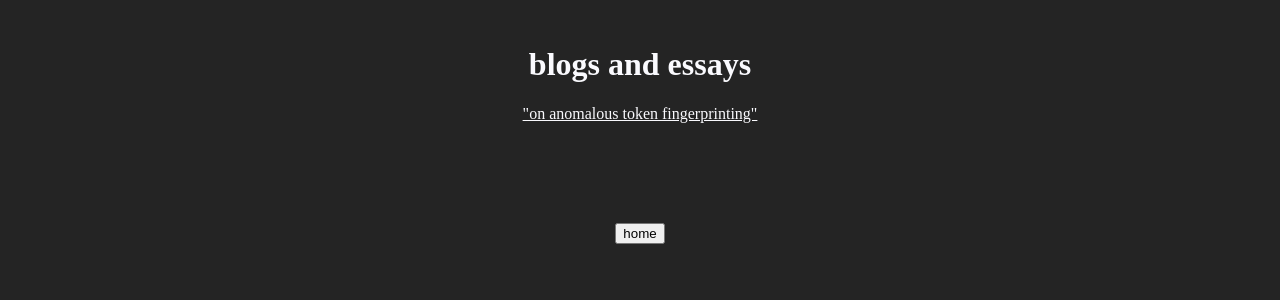
Repository: yellowspots/geneweb
Page: blogsandessays.html
An editor plug-in stored every save of this project. The page is shown before and after the next save, followed by the edit.
The browser window is 1280 px wide. The pictures show the whole page.

Above is the page before, as saved 2024-05-02 23:57:56.

After the next save:
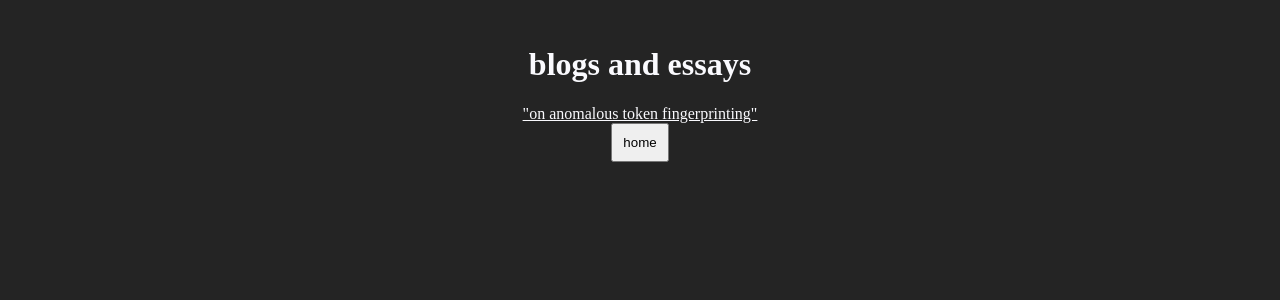
Saved 3 min 9 s later.
--- a/styles.css
+++ b/styles.css
@@ -39,11 +39,14 @@ h1, h2, a, p {
 }
 
 .home-button {
-    cursor: pointer;
+    width: auto;
+    cursor: finger;
     max-width: 160px;
-    margin-top: 100px;
-    margin-bottom: 100px;
-    gap: 200px;
+    padding: 10px;
+    box-sizing: border-box;
+    white-space: nowrap;
+    overflow: hidden;
+    text-overflow: ellipsis;
 }
 
 
